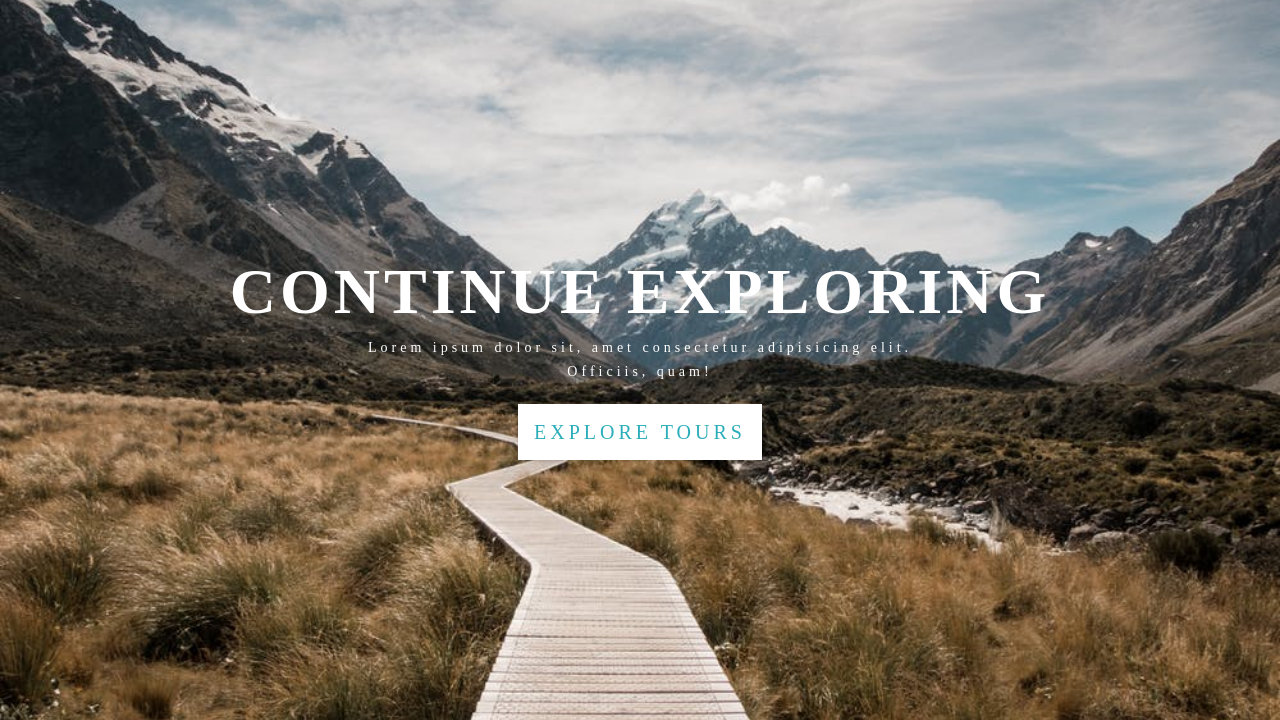
Repository: Ndifoinhilary/flexbox-project
Page: index.html
These files come from the project's save history. The page is drawn as it stood at one moment and after the next save; the edit follows.
The browser window is 1280 px wide. The pictures show the whole page.

Above is the page before, as saved 2024-01-18 14:35:34.

After the next save:
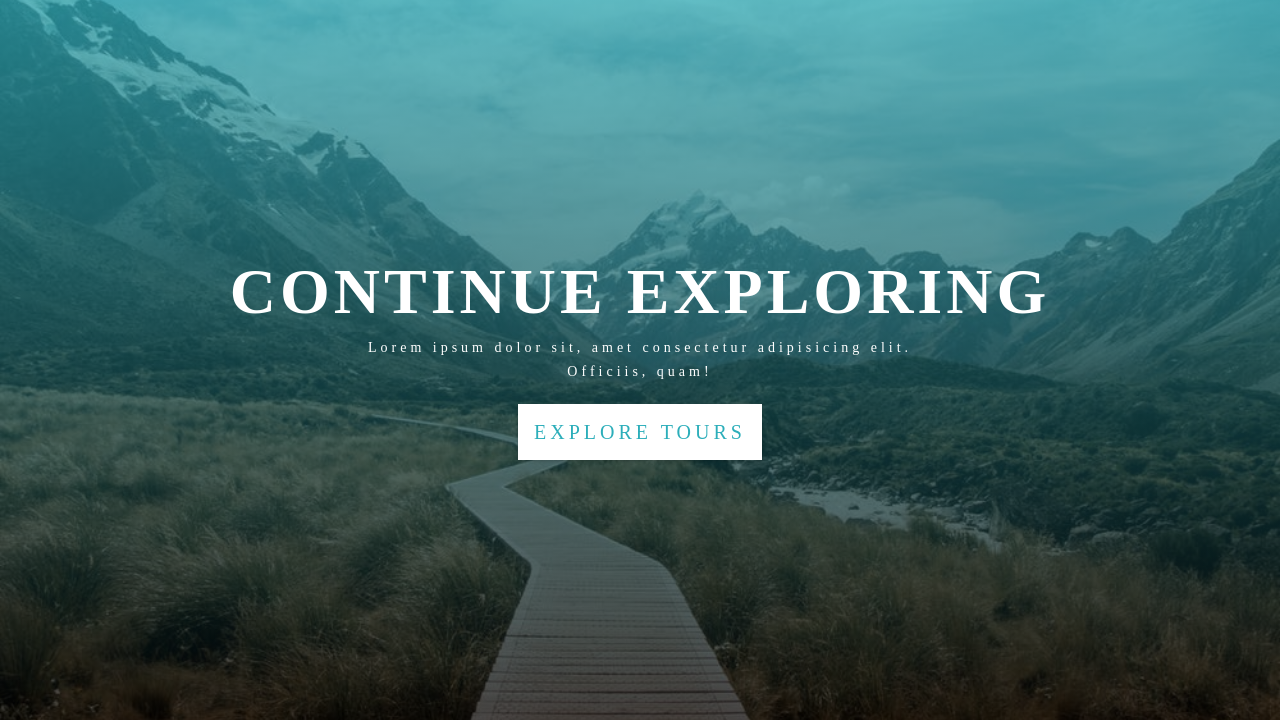
Saved 72 s later.
--- a/css/main.css
+++ b/css/main.css
@@ -181,7 +181,7 @@ p{
 }
 @media screen and (min-width:768px) {
   .hero{
-    background: url('../images/main.jpeg') center/cover no-repeat;
+    background:linear-gradient(rgb(44,174,186,0.7), rgb(0,0,0,0.7)) ,url('../images/main.jpeg') center/cover no-repeat;
   }
 
 }
